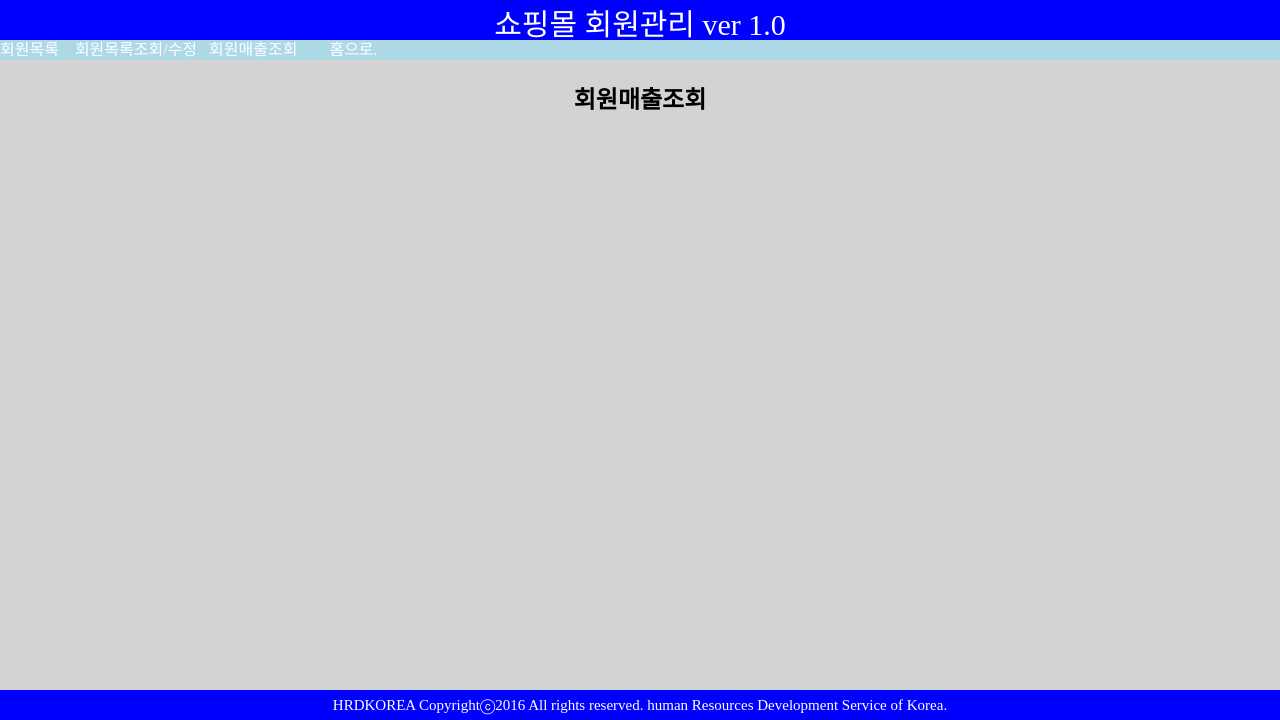
Repository: RnfElwl/youtube_infoT
Page: http://localhost/HRD_30812/salary.jsp
An editor plug-in stored every save of this project. The page is shown before and after the next save, followed by the edit.
The browser window is 1280 px wide. The pictures show the whole page.
The page is served by Tomcat 9. Other server files are loaded and not shown.

Above is the page before, as saved 2022-03-12 18:04:05.

### HRD_30812/src/main/webapp/salary.jsp
<%@ page language="java" contentType="text/html; charset=UTF-8"
    pageEncoding="UTF-8"%>
<!DOCTYPE html>
<html>
<head>
<meta charset="UTF-8">
<title>Insert title here</title>
</head>
<body style="margin:0; padding:0;">
	<jsp:include page="header.jsp"/>

	<section style="position:fixed; top:60px; width:100%; height:100%; background-color:lightgray ">
	 <h2 style="text-align:center">회원매출조회</h2><br>
	</section>
	<jsp:include page="footer.jsp"/>
</body>
</html>

### HRD_30812/src/main/webapp/header.jsp
<%@ page language="java" contentType="text/html; charset=UTF-8"
    pageEncoding="UTF-8"%>
<!DOCTYPE html>
<html>
<head>
<meta charset="UTF-8">
<title>header</title>
</head>
<body>
<header style="position:fixed; top:0px; width:100%; height:40px;
	background-color:blue; color:white; font-size:30px; text-align:center;
	 line-height:40px '"> 쇼핑몰 회원관리 ver 1.0</header>
	 <nav style="position:fixed; top:40px; width:100%; height:20px;
	background-color:lightblue; color:white; line-height:20px ">
	회원목록 &nbsp;&nbsp; 회원목록조회/수정 &nbsp;&nbsp;회원매출조회 &nbsp; &nbsp; &nbsp; &nbsp;홈으로.</nav>
</body>
</html>

### HRD_30812/src/main/webapp/footer.jsp
<%@ page language="java" contentType="text/html; charset=UTF-8"
    pageEncoding="UTF-8"%>
<!DOCTYPE html>
<html>
<head>
<meta charset="UTF-8">
<title>footer</title>
</head>
<body>
	<footer style="position:fixed; bottom:0px; width:100%; height:30px;
	background-color:blue; color:white; text-align:center; line-height:30px; font-size:15px ">
	 HRDKOREA Copyrightⓒ2016 All rights reserved. human Resources Development Service of Korea.
	 </footer>
</body>
</html>

After the next save:
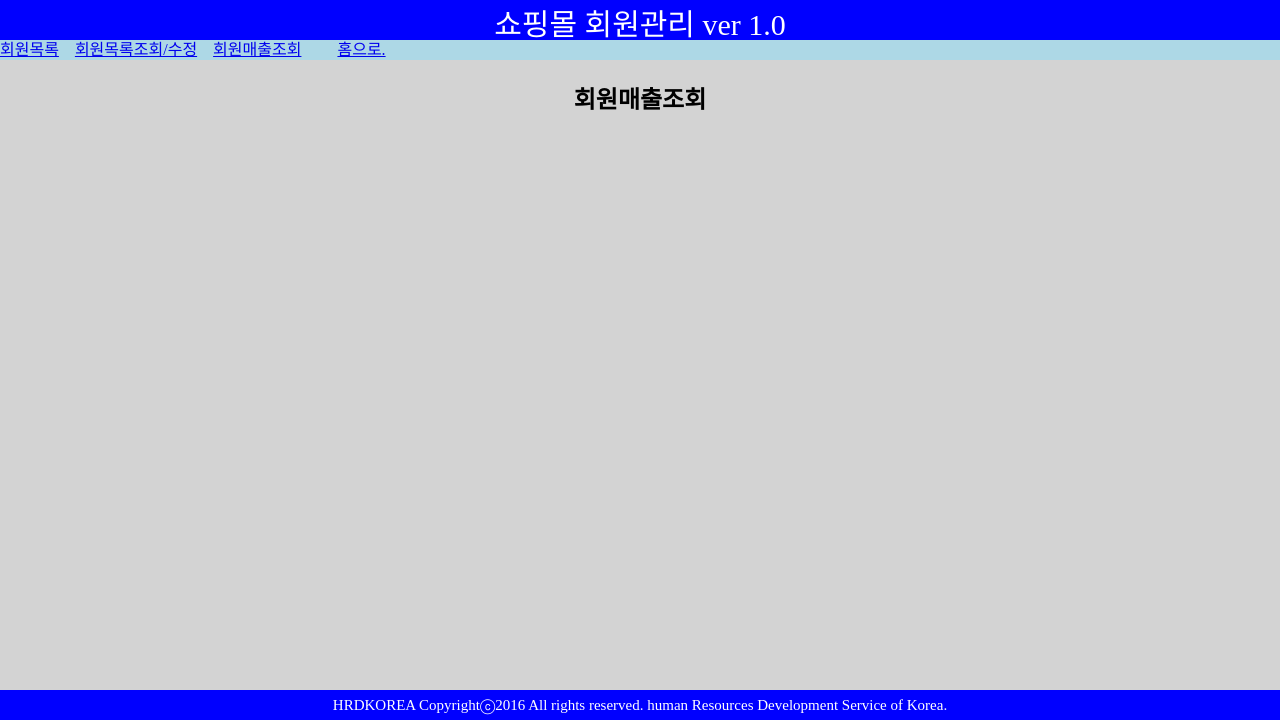
Saved 7 min 21 s later.
--- a/HRD_30812/src/main/webapp/header.jsp
+++ b/HRD_30812/src/main/webapp/header.jsp
@@ -12,6 +12,10 @@
 	 line-height:40px '"> 쇼핑몰 회원관리 ver 1.0</header>
 	 <nav style="position:fixed; top:40px; width:100%; height:20px;
 	background-color:lightblue; color:white; line-height:20px ">
-	회원목록 &nbsp;&nbsp; 회원목록조회/수정 &nbsp;&nbsp;회원매출조회 &nbsp; &nbsp; &nbsp; &nbsp;홈으로.</nav>
+	<a href="join.jsp">회원목록</a> &nbsp;&nbsp;
+	<a href="list.jsp">회원목록조회/수정</a> &nbsp;&nbsp;
+	<a href="salary.jsp">회원매출조회</a> &nbsp; &nbsp; &nbsp; &nbsp;
+	<a href="index.jsp">홈으로.</a>
+	</nav>
 </body>
 </html>
